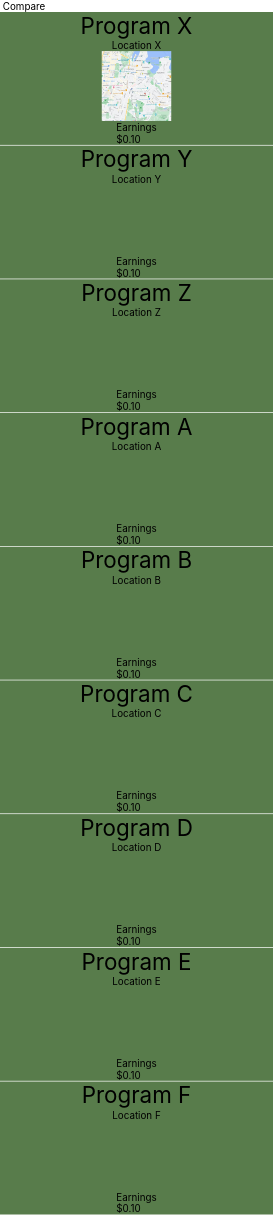
Repository: ct-pham/COMP4511
Screen: / (app in comp4511/)
An editor plug-in stored every save of this project. The screen is shown before and after the next save, followed by the edit.
The pictures show rows 0 to 2240 of an output 1736 px tall, at 70% of full size.
The app was drawn by React Native's web renderer in a window 390 px wide. The project was rebuilt for these pictures with package versions that can differ from the ones it lists, and the page was loaded fresh each time. Some packages were replaced by stand-ins written for this rebuild. Also part of the build but not shown: comp4511/Components/Homepage.js, comp4511/Components/AllEarnings.js, comp4511/Components/ProgramEarnings.js, comp4511/Components/Register.js, comp4511/Components/Login.js.

Above is the screen before, as saved 2022-11-09 19:10:40.

### comp4511/App.js
import React, {useState} from 'react';
import { StatusBar } from 'expo-status-bar';
import { StyleSheet, Text, View } from 'react-native';
import { NavigationContainer } from '@react-navigation/native';
import { createNativeStackNavigator } from '@react-navigation/native-stack';
import Homepage from './Components/Homepage';
import AllEarnings from './Components/AllEarnings';
import ProgramEarnings from './Components/ProgramEarnings';
import Register from './Components/Register';
import Login from './Components/Login';
import Compare from './Components/compareProgram/Compare';

const Stack = createNativeStackNavigator();


export default function App() {
  return (
    // <NavigationContainer>
    //   <Stack.Navigator>
    //     <Stack.Screen name="Register" component={Register} />
    //     <Stack.Screen name="Login" component={Login} />
    //     <Stack.Screen name="Home" component={Homepage}/>
    //     <Stack.Screen name="AllEarnings" component={AllEarnings}/>
    //     <Stack.Screen name="ProgramEarnings" component={ProgramEarnings}/>
    //   </Stack.Navigator>
    // </NavigationContainer>
    <Compare/>
  );
}

### comp4511/Components/compareProgram/Compare.js
import {
    StyleSheet,
    Text,
    SafeAreaView,
    statusBar,
    FlatList,
} from 'react-native';
import Items from './Items';

import ProgramDetails from './ProgramDetails';

export default function Compare() {
    return (
        <SafeAreaView style={styles.container}>
            <Text> Compare</Text>
            <FlatList
                data = {ProgramDetails}
                renderItem={({ item }) => <Items item = {item} />}
                showsVerticalScrollIndicator

            />
        </SafeAreaView>
    );
}

const styles = StyleSheet.create({

});

### comp4511/Components/compareProgram/Items.js
import {
    View,
    Text,
    StyleSheet,
    Image,
    useWindowDimensions,
    TouchableOpacity,
    StatusBar,
} from 'react-native';
import { useState } from 'react';


export default function Items ({item}) {

    const { width } = useWindowDimensions();
    return (
        <View style={ styles.container}>

            <View style = {[styles.programContainer, {width}]}>
                <Text style = {styles.title}>{item.title}</Text>
                <Text style = {styles.location}>{item.location}</Text>

                <Image
                    source = {item.image}
                    style = {styles.image}
                />
                <View>
                    <Text style = {styles.Earnings}>{item.Earning}</Text>
                    <Text style = {styles.Total}>{item.Total}</Text>

                </View>
            </View>

        </View>
    )
}

const styles = StyleSheet.create({
    container: {
        flex: 1,
        marginTop: StatusBar.currentHeight || 0,


      },
    item: {
        padding: 20,
        marginVertical: 8,
        marginHorizontal: 16,
      },
    title: {
        fontSize: 32,
      },
    programContainer: {
        backgroundColor: '#587C4B',
        alignItems: 'center',
        marginBottom: 1,
    },
    image: {
        width: 100,
        height: 100,
    }

});

### comp4511/Components/compareProgram/ProgramDetails.js
export default [
    {
        id: '1',
        title: 'Program X',
        location: 'Location X',
        Earning: 'Earnings',
        Total: '$0.10',
        image: require('./map.jpg'),

    },
    {
        id: '2',
        title: 'Program Y',
        location: 'Location Y',
        Earning: 'Earnings',
        Total: '$0.10',



    },
    {
        id: '3',
        title: 'Program Z',
        location: 'Location Z',
        Earning: 'Earnings',
        Total: '$0.10',


    },
    {
        id: '4',
        title: 'Program A',
        location: 'Location A',
        Earning: 'Earnings',
        Total: '$0.10',


    },
    {
        id: '5',
        title: 'Program B',
        location: 'Location B',
        Earning: 'Earnings',
        Total: '$0.10',


    },
    {
        id: '6',
        title: 'Program C',
        location: 'Location C',
        Earning: 'Earnings',
        Total: '$0.10',

    },
    {
        id: '7',
        title: 'Program D',
        location: 'Location D',
        Earning: 'Earnings',
        Total: '$0.10',

    },
    {
        id: '8',
        title: 'Program E',
        location: 'Location E',
        Earning: 'Earnings',
        Total: '$0.10',

    },
    {
        id: '9',
        title: 'Program F',
        location: 'Location F',
        Earning: 'Earnings',
        Total: '$0.10',

    },


]

After the next save:
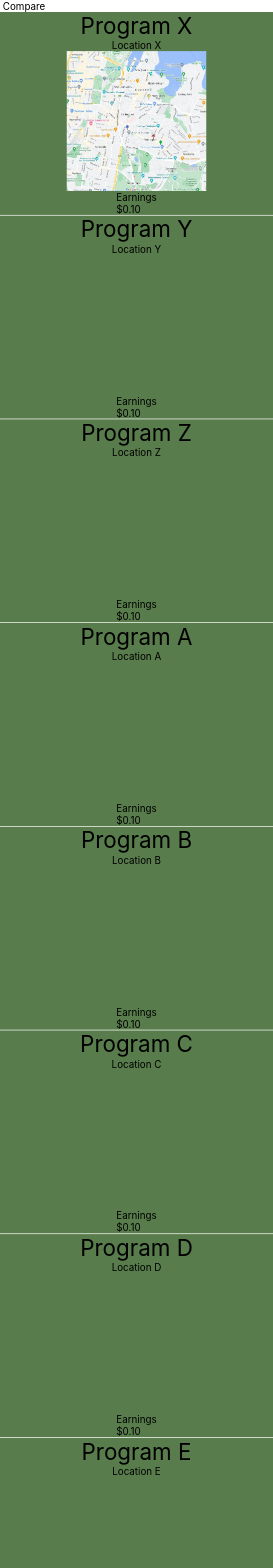
Saved 16 s later.
--- a/comp4511/Components/compareProgram/Items.js
+++ b/comp4511/Components/compareProgram/Items.js
@@ -56,8 +56,8 @@ const styles = StyleSheet.create({
         marginBottom: 1,
     },
     image: {
-        width: 100,
-        height: 100,
+        width: 200,
+        height: 200,
     }
 
 });
